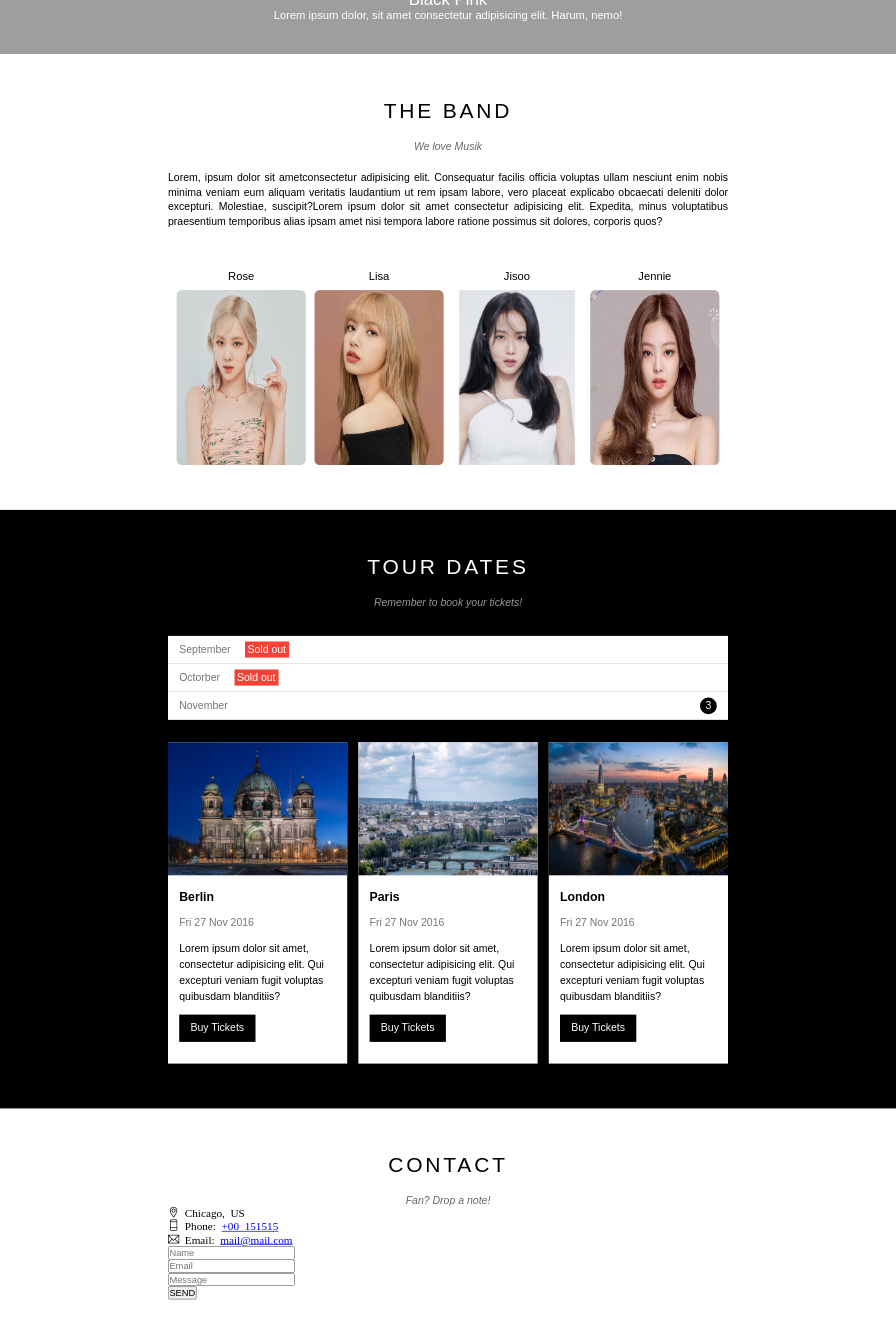
Repository: AiTrinh303/First-Project
Page: /
An editor plug-in stored every save of this project. The page is shown before and after the next save, followed by the edit.
The browser window is 1280 px wide. The pictures show the part of the page from y = 609 to 2529 px (the page is 2529 px tall before and 2396 px after), at 70% of full size.
Pictures or frames that could not be fetched are drawn as grey boxes. The project was rebuilt for these pictures with package versions that can differ from the ones it lists, and the page was loaded fresh each time.

Above is the page before, as saved 2024-01-23 09:57:20.

### index.html
<!DOCTYPE html>
<html lang="en">
<head>
    <meta charset="UTF-8">
    <meta name="viewport" content="width=device-width, initial-scale=1.0">
    <title>Singer Website</title>
    <link rel="stylesheet" href="./fonts/themify-icons-font/themify-icons/themify-icons.css">
    <link rel="stylesheet" href="./src/styles/main.css">
</head>
<body>
   <div id="main">

        <div id="header">
            <ul id="nav">
                <li><a href="">Home</a></li>
                <li><a href="">Band</a></li>
                <li><a href="">Tour</a></li>
                <li><a href="">Contact</a></li>
                <li>
                    <a href="#">
                        More
                        <i class="nav-arrown-down ti-angle-down"></i>
                     </a>
                    <ul class="subnav">
                        <li><a href="">Merchandise</a></li>
                        <li><a href="">Extras</a></li>
                        <li><a href="">Media</a></li>
                    </ul>
                </li>
            </ul>

            <div class="search-btn">
                <i class="search-icon ti-search"></i>

            </div>
        </div>

        <div id="slider">

            <div class="text-content">
                <h2 class="text-heading">Black Pink</h2>
                <p class="text-description">Lorem ipsum dolor, sit amet consectetur adipisicing elit. Harum, nemo!</p>
            </div>

        </div>

        <div id="content">
            <!-- About Section -->
            <div class="content-section">
                <h2 class="section-heading">THE BAND</h2>
                <p class="section-sub-heading">We love Musik</p>
                <p class="about-text">Lorem, ipsum dolor sit ametconsectetur adipisicing elit. Consequatur facilis officia voluptas ullam nesciunt enim nobis minima veniam eum aliquam veritatis laudantium ut rem ipsam labore, vero placeat explicabo obcaecati deleniti dolor excepturi. Molestiae, suscipit?Lorem ipsum dolor sit amet consectetur adipisicing elit. Expedita, minus voluptatibus praesentium temporibus alias ipsam amet nisi tempora labore ratione possimus sit dolores, corporis quos?</p>

                <div class="members-list">
                    <div class="member-item">
                        <p class="member-name">Rose</p>
                        <img src="./src/img/rose.png " alt="Rose" class="member-img" >
                    </div>

                    <div class="member-item">
                        <p class="member-name">Lisa</p>
                        <img src="./src/img/Lisa2.jpg" alt="Lisa" class="member-img" >
                    </div>

                    <div class="member-item">
                        <p class="member-name">Jisoo</p>
                        <img src="./src/img/jisoo.jpeg" alt="Jisoo" class="member-img" >
                    </div>

                    <div class="member-item">
                        <p class="member-name">Jennie</p>
                        <img src="./src/img/Jennie.jpg" alt="Jennie" class="member-img" >
                    </div>
                </div>
            </div>

            <!-- Tour Section -->
            <div class="tour-section">

                <div class="content-section">
                    <h2 class="section-heading text-white">TOUR DATES</h2>
                    <p class="section-sub-heading text-white">Remember to book your tickets!</p>

                    <ul class="tickets-list">
                        <li>September <span class="sold-out">Sold out</span></li>
                        <li>Octorber <span class="sold-out">Sold out</span></li>
                        <li>November <span class="quantity">3</span></li>
                    </ul>

                    <div class="places-list">
                        <div class="place-item">
                            <img src="./src/img/Berlin.jpg" alt="Berlin" class="place-img" >
                            <div class="place-body">
                                <h3 class="place-heading">Berlin</h3>
                                <p class="place-time">Fri 27 Nov 2016</p>
                                <p class="place-desc">Lorem ipsum dolor sit amet, consectetur adipisicing elit. Qui excepturi veniam fugit voluptas quibusdam blanditiis?</p>
                                <a href="#" class="place-btn">Buy Tickets</a>
                            </div>
                        </div>

                        <div class="place-item">
                            <img src="./src/img/Paris.jpg" alt="Paris" class="place-img" >
                            <div class="place-body">
                                <h3 class="place-heading">Paris</h3>
                                <p class="place-time">Fri 27 Nov 2016</p>
                                <p class="place-desc">Lorem ipsum dolor sit amet, consectetur adipisicing elit. Qui excepturi veniam fugit voluptas quibusdam blanditiis?</p>
                                <a href="#" class="place-btn">Buy Tickets</a>
                            </div>
                        </div>

                        <div class="place-item">
                            <img src="./src/img/London.jpeg" alt="London" class="place-img">
                            <div class="place-body">
                                <h3 class="place-heading">London</h3>
                                <p class="place-time">Fri 27 Nov 2016</p>
                                <p class="place-desc">Lorem ipsum dolor sit amet, consectetur adipisicing elit. Qui excepturi veniam fugit voluptas quibusdam blanditiis?</p>
                                <a href="#" class="place-btn">Buy Tickets</a>
                            </div>
                        </div>
                    </div>
                </div>

            </div>

            <!-- Contact Section -->
            <!-- Contact -->
            <div id="contact" class="section-contact ">
                <div class="content-section">
                    <h2 class="section-heading">CONTACT</h2>
                    <p class="section-sub-heading">Fan? Drop a note!</p>

                    <div class="row contact-content">
                        <div class="col col-half s-col-full contact-info   ">
                            <p><i class="ti-location-pin">   Chicago, US</i></p>
                            <p><i class="ti-mobile">   Phone: <a href="tel:+00 151515">+00 151515</a></i></p>
                            <p><i class="ti-email">   Email: <a href="mailto:mail@mail.com">mail@mail.com</a></i></p>
                        </div>
                        <div class="col col-half s-col-full contact-form">
                        <form action="">
                            <div class="row">
                                <div class="col col-half s-col-full ">
                                    <input type="text" name="" placeholder="Name" required id="" class="form-control">
                                </div>
                                <div class="col col-half s-col-full s-mt-8">
                                    <input type="email" name="" placeholder="Email" required id="" class="form-control">
                                </div>
                            </div>
                            <div class="row mt-8">
                                <div class="col col-full">
                                    <input type="text" name="" placeholder="Message" required id="" class="form-control">
                                </div>
                            </div>
                            <input class= "form-submit-btn s-full-width mt-16" type="submit" value="SEND">
                        </form>
                        </div>
                    </div>
                </div>
                    </div>





        <div id="footer">

        </div>

   </div>
</body>
</html>

### src/styles/main.css
* {
  padding: 0;
  margin: 0;
  box-sizing: border-box;
}

html {
  scroll-behavior: smooth;
  font-family: Arial, Helvetica, sans-serif;
}

.text-white {
  color: white;
}

#header {
  height: 46px;
  background-color: #000;
  position: fixed;
  top: 0;
  left: 0;
  right: 0;
  z-index: 1;
}

#nav {
  display: inline-block;
}

#nav, .subnav {
  list-style: none;
}

#nav > li {
  display: inline-block;
}

#nav li {
  position: relative;
}

#nav > li > a {
  color: #fff;
  text-transform: uppercase;
}

#nav li a {
  color: #fff;
  text-decoration: none;
  line-height: 46px;
  padding: 0 24px;
  display: block;
}

#nav li:hover .subnav {
  display: block;
}

#nav > li:hover > a,
#nav .subnav li:hover a {
  color: #000;
  background-color: #ccc;
}

#nav .subnav {
  display: none;
  min-width: 160px;
  position: absolute;
  background-color: #fff;
  box-shadow: 0 0 10px rgba(0, 0, 0, 0.3);
  top: 100%;
  left: 0;
}

#nav .nav-arrown-down {
  font-size: 14px;
}

#nav .subnav a {
  color: #000;
  padding: 0 12px;
  line-height: 38px;
}

#header .search-btn {
  float: right;
  padding: 0 21px;
}

#header .search-btn:hover {
  background-color: #f44336;
  cursor: pointer;
}

#header .search-icon {
  color: #fff;
  font-size: 20px;
  line-height: 46px;
}

#slider {
  position: relative;
  margin-top: 46px;
  padding-top: 50%;
  background: url("../img/slider-1.jpg") center/100% no-repeat;
}

#slider .text-content {
  position: absolute;
  bottom: 47px;
  color: #fff;
  width: 100%;
  text-align: center;
}

#slider .text-heading {
  font-weight: 500;
  font-size: 24px;
}

#slider .text-decoration {
  font-size: 15px;
  margin-top: 25px;
}

#content .content-section {
  width: 800px;
  padding: 64px 0;
  margin-left: auto;
  margin-right: auto;
}

#content .section-heading {
  font-size: 30px;
  font-weight: 500;
  letter-spacing: 4px;
  text-align: center;
}

#content .section-sub-heading {
  font-size: 15px;
  margin-top: 25px;
  text-align: center;
  font-style: italic;
  opacity: 0.6;
}

#content .about-text {
  margin-top: 25px;
  font-size: 15px;
  text-align: justify;
  line-height: 1.4;
}

#content .member-item {
  display: flex;
  flex-direction: column;
  align-items: center;
}

#content .member-name {
  line-height: 2.5;
}

#content .members-list {
  margin-top: 48px;
  display: flex;
  justify-content: space-evenly;
}

#content .member-img {
  width: 185px;
  min-height: 250px;
  border-radius: 8px;
}

.tour-section {
  background: #000;
}

.tickets-list {
  background-color: #fff;
  margin-top: 40px;
}

.tickets-list li {
  font-size: 15px;
  color: #757575;
  padding: 11px 16px;
  border-bottom: 1px solid #ddd;
  list-style-type: none;
}

.tickets-list .sold-out {
  background-color: #f44336;
  color: #fff;
  padding: 3px 4px;
  margin-left: 16px;
}

.tickets-list .quantity {
  float: right;
  width: 24px;
  height: 24px;
  background-color: #000;
  color: #fff;
  border-radius: 50%;
  text-align: center;
  line-height: 24px;
  margin-top: -3px;
}

.places-list {
  display: flex;
  gap: 16px;
  justify-content: space-between;
  margin-top: 32px;
}

.places-list .place-item {
  background-color: #fff;
}

.places-list .place-img {
  width: 100%;
  height: 190px;
}

.places-list .place-img:hover {
  opacity: 0.6;
  cursor: pointer;
}

.places-list .place-body {
  padding: 15px 16px;
  min-height: 205px;
  font-size: 15px;
  line-height: 22.5px;
}

.place-body .place-heading {
  font-weight: 700;
}

.place-body .place-time {
  margin: 15px 0;
  color: #757575;
}

.place-body .place-btn {
  align-items: flex-start;
  background-color: #000;
  display: inline-block;
  font-size: 15px;
  line-height: 22.5px;
  margin: 15px 0px 16px 0px;
  padding: 8px 16px;
  text-align: center;
  color: #fff;
  text-decoration: none;
}

.place-body .place-btn:hover {
  color: #000;
  background-color: #ccc;
}/*# sourceMappingURL=main_20240123084938.css.map */

Loaded but not shown: fonts/themify-icons-font/themify-icons/themify-icons.css (common file)

After the next save:
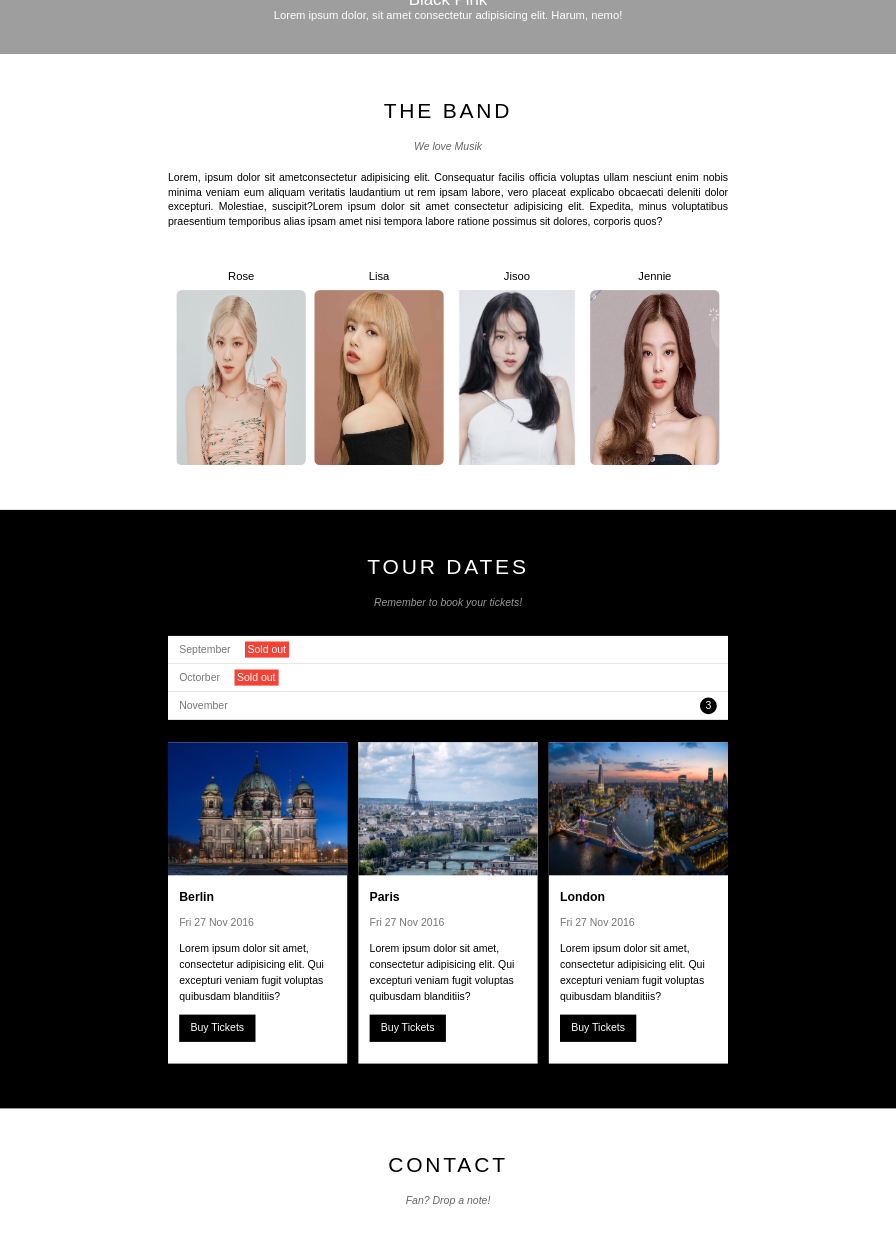
Saved 11 s later.
--- a/index.html
+++ b/index.html
@@ -129,33 +129,7 @@
                     <h2 class="section-heading">CONTACT</h2>
                     <p class="section-sub-heading">Fan? Drop a note!</p>
 
-                    <div class="row contact-content">
-                        <div class="col col-half s-col-full contact-info   ">
-                            <p><i class="ti-location-pin">   Chicago, US</i></p>
-                            <p><i class="ti-mobile">   Phone: <a href="tel:+00 151515">+00 151515</a></i></p>
-                            <p><i class="ti-email">   Email: <a href="mailto:mail@mail.com">mail@mail.com</a></i></p>
-                        </div>
-                        <div class="col col-half s-col-full contact-form">
-                        <form action="">
-                            <div class="row">
-                                <div class="col col-half s-col-full ">
-                                    <input type="text" name="" placeholder="Name" required id="" class="form-control">
-                                </div>
-                                <div class="col col-half s-col-full s-mt-8">
-                                    <input type="email" name="" placeholder="Email" required id="" class="form-control">
-                                </div>
-                            </div>
-                            <div class="row mt-8">
-                                <div class="col col-full">
-                                    <input type="text" name="" placeholder="Message" required id="" class="form-control">
-                                </div>
-                            </div>
-                            <input class= "form-submit-btn s-full-width mt-16" type="submit" value="SEND">
-                        </form>
-                        </div>
-                    </div>
-                </div>
-                    </div>
+
 
 
 
